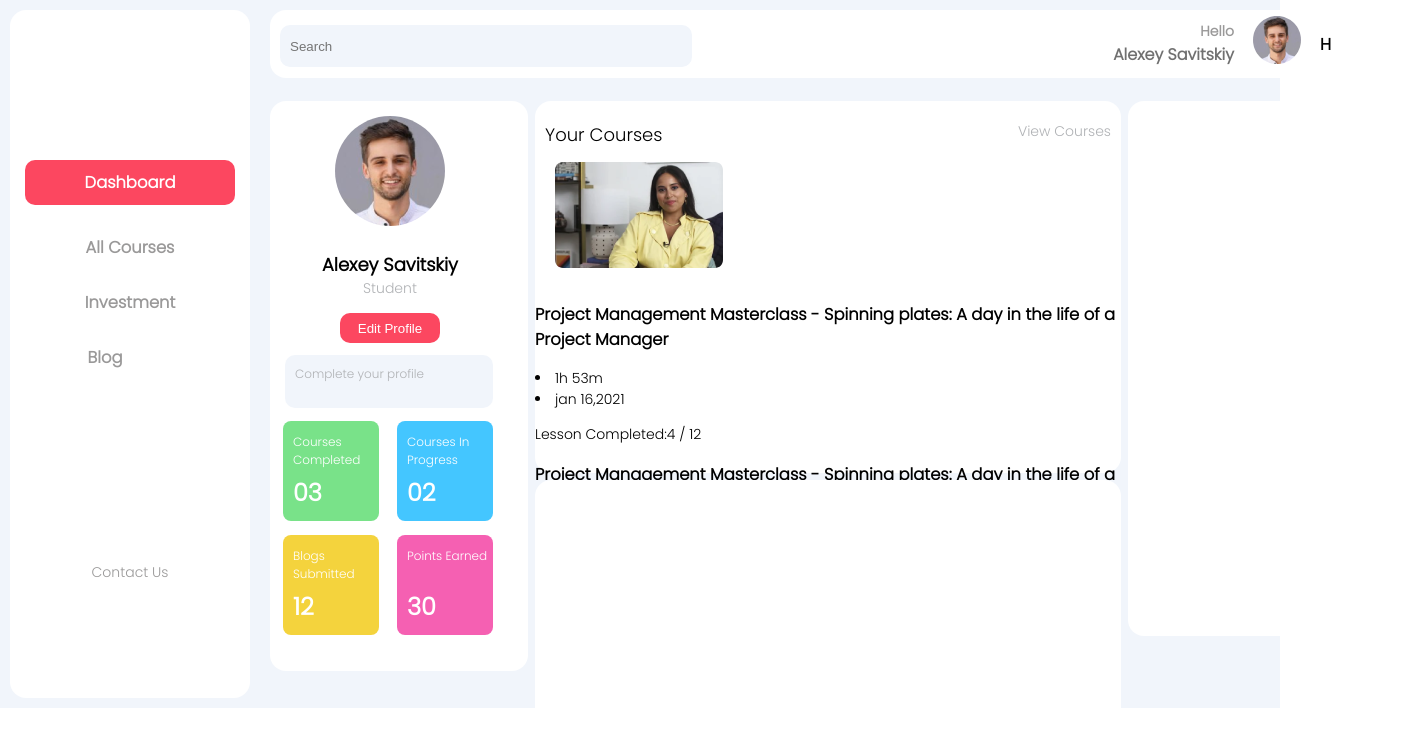
Repository: Anuruddha00/dashboard-design
Page: /
These files come from the project's save history. The page is drawn as it stood at one moment and after the next save; the edit follows.
The browser window is 1280 px wide. The page is 1421 px wide, so the pictures cover 1421 px, including what lies to the right of the window. The pictures show the whole page.
The project was rebuilt for these pictures with package versions that can differ from the ones it lists, and the page was loaded fresh each time.

Above is the page before, as saved 2021-05-07 19:44:25.

### public/index.html
<!DOCTYPE html>
<html lang="en">
  <head>
    <meta charset="utf-8" />
    <link rel="icon" href="%PUBLIC_URL%/favicon.ico" />
    <meta name="viewport" content="width=device-width, initial-scale=1" />
    <meta name="theme-color" content="#000000" />
    <meta
      name="description"
      content="Web site created using create-react-app"
    />
    <link rel="apple-touch-icon" href="%PUBLIC_URL%/logo192.png" />

    <link rel="preconnect" href="https://fonts.gstatic.com">
    <link href="https://fonts.googleapis.com/css2?family=Poppins:wght@300&display=swap" rel="stylesheet">

    <!--
      manifest.json provides metadata used when your web app is installed on a
      user's mobile device or desktop. See https://developers.google.com/web/fundamentals/web-app-manifest/
    -->
    <link rel="manifest" href="%PUBLIC_URL%/manifest.json" />
    <!--
      Notice the use of %PUBLIC_URL% in the tags above.
      It will be replaced with the URL of the `public` folder during the build.
      Only files inside the `public` folder can be referenced from the HTML.

      Unlike "/favicon.ico" or "favicon.ico", "%PUBLIC_URL%/favicon.ico" will
      work correctly both with client-side routing and a non-root public URL.
      Learn how to configure a non-root public URL by running `npm run build`.
    -->
    <title>React App</title>
  </head>
  <body>
    <noscript>You need to enable JavaScript to run this app.</noscript>
    <div id="root"></div>
    <!--
      This HTML file is a template.
      If you open it directly in the browser, you will see an empty page.

      You can add webfonts, meta tags, or analytics to this file.
      The build step will place the bundled scripts into the <body> tag.

      To begin the development, run `npm start` or `yarn start`.
      To create a production bundle, use `npm run build` or `yarn build`.
    -->
  </body>
</html>

### src/index.js
import React from 'react';
import ReactDOM from 'react-dom';
import Dashboard from './containers/Dashboard/Dashboard';
import reportWebVitals from './reportWebVitals';

ReactDOM.render(
  <React.StrictMode>
    <Dashboard />
  </React.StrictMode>,
  document.getElementById('root')
);

// If you want to start measuring performance in your app, pass a function
// to log results (for example: reportWebVitals(console.log))
// or send to an analytics endpoint. Learn more: https://bit.ly/CRA-vitals
reportWebVitals();

### src/containers/Dashboard/Dashboard.js
import React from 'react';
import './Dashboard.scss';

const dashboard = () =>{

    return(
        <div className='container'>
            <div className='dashboard'>
                <div className='dashboardSideBar'>
                   <div className='dashboardSideBarTitle'>
                        <h3 className='dashboardSideBarTitleDashboard'>Dashboard</h3>
                        <h3 className='dashboardSideBarTitleCourses'>All Courses</h3>
                        <h3 className='dashboardSideBarTitleInvestment'>Investment</h3>
                        <h3 className='dashboardSideBarTitleBlog'>Blog</h3>
                   </div>
                   <div className='dashboardSideBarContact'>
                        <p>Contact Us</p>
                   </div>
                </div>
                <div className='dashboardMenu'>
                    <section className='content'>
                        <nav className='contentNavbar'>
                            <div className='contentNavbarSearch'>
                                <form>
                                    <input type='text' placeholder='Search'/>
                                </form>
                            </div>
                            <div className='contentNavbarProfile'>
                                <div className='contentNavbarProfileName'>
                                    <h3>Hello</h3>
                                    <h2>Alexey Savitskiy</h2>
                                </div>
                                <img src='./assets/Image 9.png'/>
                                <h1>H</h1>
                            </div>
                        </nav>

                        <div className='contentBody'>
                            <section className='details'>
                                <div className='detailsAbout'>
                                    <div className='detailsAboutProfile'>
                                        <img src='./assets/Image 12.png'/>
                                        <h3>Alexey Savitskiy</h3>
                                        <p>Student</p>
                                        <button>Edit Profile</button>
                                    </div>
                                    <div className='detailsAboutComplete'>
                                        <p>Complete your profile</p>
                                    </div>
                                    <div className='detailsAboutProgress'>
                                        <div className='detailsAboutProgressCompleted'>
                                            <p>Courses Completed</p>
                                            <h1>03</h1>
                                        </div>
                                        <div className='detailsAboutProgressContinue'>
                                            <p>Courses In Progress</p>
                                            <h1>02</h1>
                                        </div>
                                        <div className='detailsAboutProgressBlogs'>
                                            <p>Blogs Submitted</p>
                                            <h1>12</h1>
                                        </div>
                                        <div className='detailsAboutProgressPoints'>
                                            <p>Points Earned</p>
                                            <h1>30</h1>
                                        </div>
                                    </div>
                                </div>
                            </section>

                            <section className='view'>
                                <section className='courses'>
                                    <nav className='coursesNavbar'>
                                      <li className='coursesNavbarTitle'>Your Courses</li>
                                      <li className='coursesNavbarView'>View Courses</li>
                                    </nav>
                                    <div className='courseList'>
                                        <div className='courseList'>
                                            <div>
                                                <img src='./assets/Image 15.png'/>
                                            </div>
                                            <div>
                                                <h3>Project Management Masterclass - Spinning plates: A day in the life of a Project Manager</h3>
                                                <div>
                                                    <li>1h 53m</li>
                                                    <li>jan 16,2021</li>
                                                </div>
                                                <p>Lesson Completed:4 / 12</p>
                                            </div>
                                        </div>
                                        <div>
                                            <div>
                                                <h3>Project Management Masterclass - Spinning plates: A day in the life of a Project Manager</h3>
                                                <div>
                                                    <li>1h 53m</li>
                                                    <li>jan 16,2021</li>
                                                </div>
                                                <p>Lesson Completed:4 / 12</p>
                                            </div>
                                        </div>
                                    </div>
                                </section>
                                <section className='blog'>

                                </section>
                            </section>

                            <section className='notification'>
                                <div className='notificationBar'>

                                </div>
                            </section>
                        </div>
                   </section>
                </div>
            </div>
        </div>
    )

}
export default dashboard;

### src/containers/Dashboard/Dashboard.scss

body{
    margin: 0;
    padding: 0;
    font-size: 0.875rem;
    font-family: 'Poppins', sans-serif;

}

.container{
    background: #f1f5fb;
    height: 100%;
    width: 100%;

    .dashboard{
        display: grid;
        grid-template-columns: 1fr 1fr;

        &SideBar{
            grid-column: 1;
            grid-row: 1 / 6;
            border-radius: 16px;
            background: #ffffff;
            margin: 10px;
            height: 688px;
            width: 240px;

            &Title{
                margin-top: 150px;
                font-size: 14px;

                &Dashboard{
                    background:#fc4760;
                    border-radius: 10px;
                    text-align: center;
                    padding: 10px 10px 10px 10px;
                    margin: 10px 15px 10px 15px;
                    color: #ffffff;

                }
                &Courses{
                    text-align: center;
                    margin-top: 30px;
                    color: #9a9999;
                }
                &Investment{
                    text-align: center;
                    margin-top: 30px;
                    color: #9a9999;
                }
                &Blog{
                    text-align: center;
                    margin-top: 30px;
                    margin-right: 50px;
                    color: #9a9999;
                }
            }
            &Contact{
                margin-top: 80%;

                p{
                    text-align: center;
                    color: #9a9999;
                    font-size: 14px;
                }

            }
        }
        &Menu{
            grid-column: 2;
            grid-row: 1 / 6;
            margin: 10px;

            .content{
                display: grid;
                grid-template-rows:1fr 7fr ;
                gap:10px;

                &Navbar{
                    display: flex;
                    justify-content: space-between;
                    background: #ffffff;
                    border-radius: 16px;
                    height: 68px;
                    width: 1151px;

                    &Search{

                        input{
                            background: #f1f5fb;
                            border-style: none;
                            padding-left: 10px;
                            width: 400px;
                            height: 40px;
                            margin: 15px 0 0 10px;
                            border-radius: 10px;

                        }
                    }
                    &Profile{
                        display: flex;
                        flex-direction: row;
                        gap: 1em;
                        margin-right: 90px;
                        align-items: center;
                        height: 68px;

                        &Name{
                            text-align: end;
                            margin-top: 0;

                            h3{
                                color: #9a9999;
                                margin: 0;
                                font-size: 14px;
                            }
                            h2{
                                margin: 0;
                                font-size: 16px;
                                color: #707070;
                            }
                        }
                    }
                }
                &Body{
                    display: grid;
                    grid-template-columns: 1fr 1fr 1fr;
                    position: relative;

                    .details{
                        border-radius: 16px;
                        background: #ffffff;


                        &About{
                            height:555px;
                            width: 240px;

                            &Profile{
                                text-align: center;
                                margin-top: 15px;


                                h3{
                                    font-size: 18px;
                                    margin: 0;
                                }
                                p{
                                    color: #b0b2b5;
                                    margin-top: 0;
                                }
                                button{
                                    border-style: none;
                                    border-radius: 10px;
                                    width: 100px;
                                    height: 30px;
                                    color: #ffffff;
                                    background: #fc4760;

                                }
                            }
                            &Complete{
                                background: #f1f5fb;
                                border-radius: 10px;
                                color: #b0b2b5;
                                height: 53px;
                                width: 208px;
                                font-size: 12px;
                                margin-left: 15px;

                                p{
                                    padding-left: 10px;
                                    padding-top: 10px;
                                }
                            }
                            &Progress{
                                display: grid;
                                grid-template-columns: 1fr 1fr;
                                margin: 13px;
                                gap: 1em;
                                color: #ffffff;

                                p{
                                    font-size: 12px;
                                    padding-left: 10px;
                                }


                                &Completed{
                                    background: #79e289;
                                    border-radius: 8px;
                                    width: 96px;
                                    height: 100px;
                                    position: relative;

                                    h1{
                                        font-size: 24px;
                                        position: absolute;
                                        left: 10px;
                                        top: 30px;
                                    }

                                }
                                &Continue{
                                    background:  #44c6ff;
                                    border-radius: 8px;
                                    width: 96px;
                                    height: 100px;
                                    position: relative;

                                    h1{
                                        font-size: 24px;
                                        position: absolute;
                                        left: 10px;
                                        top: 30px;
                                    }

                                }
                                &Blogs{
                                    background:  #f4d33d;
                                    border-radius: 8px;
                                    width: 96px;
                                    height: 100px;
                                    position: relative;

                                    h1{
                                        font-size: 24px;
                                        position: absolute;
                                        left: 10px;
                                        top: 30px;
                                    }
                                }
                                &Points{
                                    background: #f560b2;
                                    border-radius: 8px;
                                    width: 96px;
                                    height: 100px;
                                    position: relative;

                                    h1{
                                        font-size: 24px;
                                        position: absolute;
                                        left: 10px;
                                        top: 30px;
                                    }
                                }
                            }
                        }
                    }
                    .view{
                        margin-left: 7px;

                        .courses{
                            width: 586px;
                            height: 372px;
                            border-radius: 16px;
                            background: #ffffff;
                            position: relative;

                            &Navbar{
                                list-style: none;
                                display: flex;
                                justify-content: space-between;

                                &Title{
                                    font-size: 18px;
                                    font-weight: 500px;
                                    padding: 20px 0 0 10px;
                                }
                                &View{
                                    color: #b0b2b5;
                                    font-size: 14px;
                                    padding: 20px 10px;
                                }
                            }

                        }

                        .blog{
                            width: 586px;
                            height: 272px;
                            border-radius: 16px;
                            background: #ffffff;
                            margin-top: 7px;
                            position: absolute;

                        }
                    }
                    .notification{
                        margin-left: 7px;

                        &Bar{
                            background: #ffffff;
                            width: 293px;
                            height: 535px;
                            border-radius: 16px;
                        }
                    }
                }
            }
        }
    }
}

Loaded but not shown: src/reportWebVitals.js (common file)

After the next save:
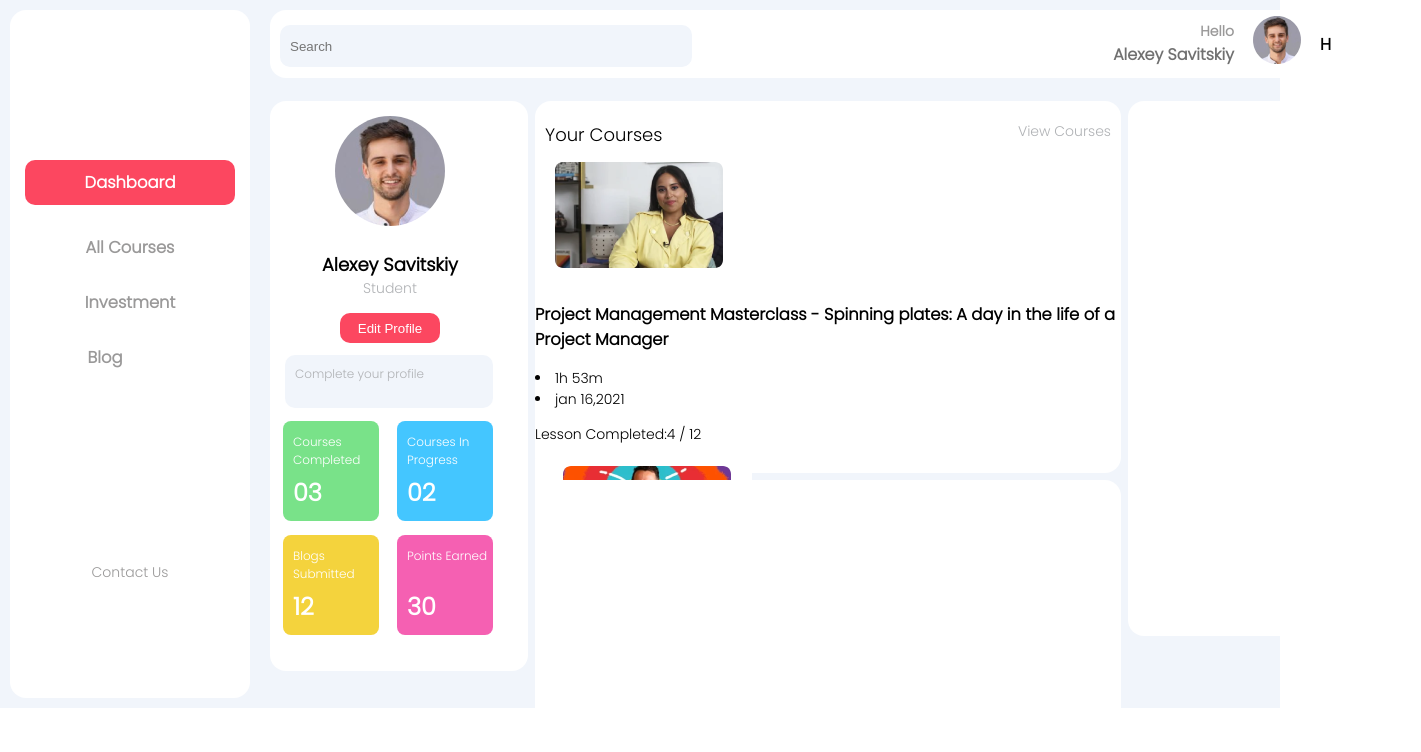
Saved 2 min 11 s later.
--- a/src/containers/Dashboard/Dashboard.js
+++ b/src/containers/Dashboard/Dashboard.js
@@ -75,11 +75,9 @@ const dashboard = () =>{
                                       <li className='coursesNavbarView'>View Courses</li>
                                     </nav>
                                     <div className='courseList'>
-                                        <div className='courseList'>
-                                            <div>
-                                                <img src='./assets/Image 15.png'/>
-                                            </div>
-                                            <div>
+                                        <div className='courseListManagement'>
+                                            <img src='./assets/Image 15.png'/>
+                                            <div className='courseListManagementDescription'>
                                                 <h3>Project Management Masterclass - Spinning plates: A day in the life of a Project Manager</h3>
                                                 <div>
                                                     <li>1h 53m</li>
@@ -89,6 +87,7 @@ const dashboard = () =>{
                                             </div>
                                         </div>
                                         <div>
+                                            <img src='./Image 16.png'/>
                                             <div>
                                                 <h3>Project Management Masterclass - Spinning plates: A day in the life of a Project Manager</h3>
                                                 <div>
